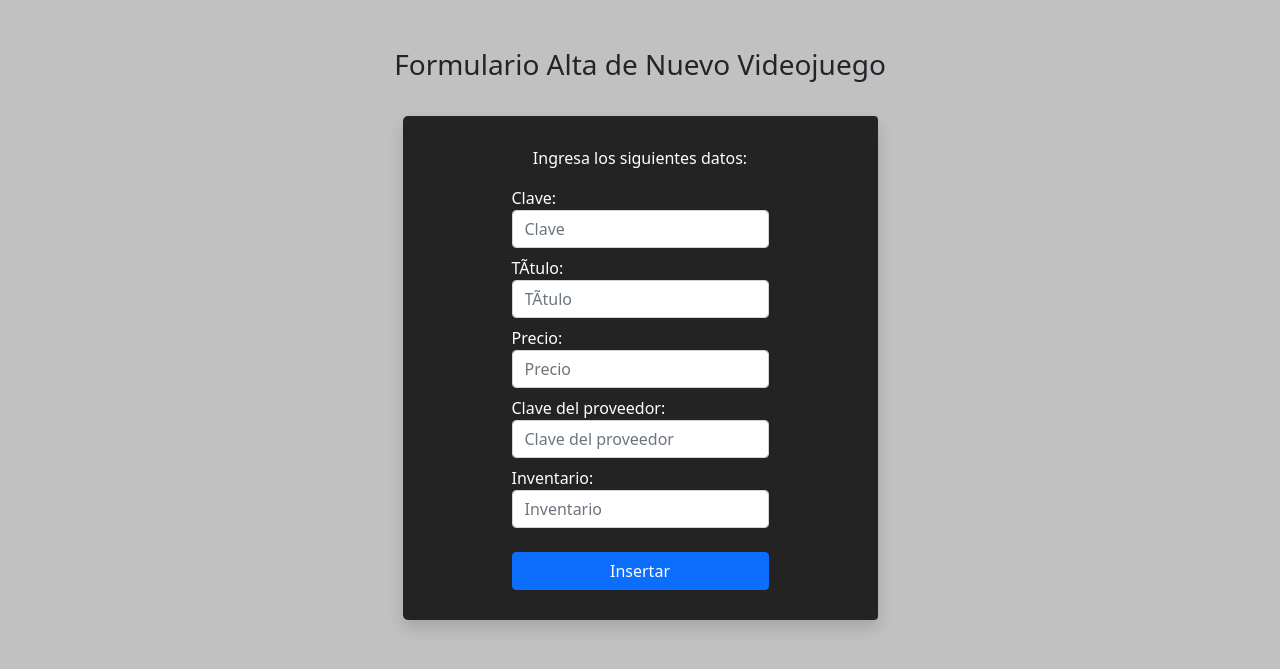
Repository: Jatziri16/JavaEE
Page: http://localhost/TiendaVideojuegos/FormularioInsertarVideojuego.jsp
The author's editor kept a copy of each file at every save. The page is drawn from the files as they stood at one save, then again after the next save.
The browser window is 1280 px wide. The pictures show the whole page.
The page is served by Tomcat 9. Other server files are loaded and not shown.

Above is the page before, as saved 2023-12-06 22:33:12.

### TiendaVideojuegos/src/main/webapp/FormularioInsertarVideojuego.jsp
<?xml version="1.0" encoding="UTF-8"?>
<!DOCTYPE HTML PUBLIC "-//W3C//DTD HTML 4.01//EN" "http://www.w3.org/TR/html4/strict.dtd">
<html = lang "es">
	<head>
		<meta charset="UTF-8">
		<title>Formulario Alta Videojuego</title>
		<link rel=stylesheet href="css/style.css" type="text/css">
		<!-- Bootstrap -->
	 	<link href="https://cdn.jsdelivr.net/npm/bootstrap@5.1.3/dist/css/bootstrap.min.css" rel="stylesheet" integrity="sha384-1BmE4kWBq78iYhFldvKuhfTAU6auU8tT94WrHftjDbrCEXSU1oBoqyl2QvZ6jIW3" crossorigin="anonymous">
		<script type="text/javascript" src="js/validaciones_vid.js"></script>
	</head>
	<body style='background-color: rgba(50, 50, 50, 0.3);'>
		<div id="fondo">
			<h3 class="text-center mt-5 mb-1">Formulario Alta de Nuevo Videojuego</h3>
			<div class="container rounded-3 contenedor">
				<div class="row align-items-stretch justify-content-center">
					<div class="login-container  col-7 col-sm-6 col-md-5 col-xl-5 rounded-end shadow">
						<p class="text-center">Ingresa los siguientes datos:</p>
						<div class="centrar">
							<!-- FORM -->
							<form action="InsertarVideojuego.do" method="GET">
								<label for="clave">Clave:</label>
								<input class="form-control mb-2" type="text" placeholder="Clave" name="cve" id="clave">

								<label for="titulo">Título:</label>
								<input class="form-control mb-2" type="text" placeholder="Título" name="titulo" id="titulo">

								<label for="precio">Precio:</label>
								<input class="form-control mb-2" type="text" placeholder="Precio" name="precio" id="precio">

								<label for="cveprov">Clave del proveedor:</label>
								<input class="form-control mb-2" type="text" placeholder="Clave del proveedor" name="cveprov" id="cveprov">

								<label for="inventario">Inventario:</label>
								<input class="form-control mb-4" type="text" placeholder="Inventario" name="inventario" id="inventario">

								<button class="btn btn-primary w-100" onclick="validarForms()" type="button">Insertar</button>
							</form>
						</div>
					</div>
				</div>
			</div>
		</div>
	</body>
</html>

### TiendaVideojuegos/src/main/webapp/css/style.css
body
{
	background-color: gray;
}
h1
{
	text-align: center;
}
.contenedor {
    padding: 30px 0;
}

.centrar
{
display: flex;
  justify-content: center;
    /* margin: 0 auto; */
}
.centrar-2
{
	margin: 0 auto;
}
.invalido {
	margin-top: 5px;
    font-size: 80%;
}

.login-container {
    /* background-image: linear-gradient(rgba(0, 0, 0, 0.5), rgba(0, 0, 0, 0.5)), url(../../../../assets/imgs/login-bg.png); */
    background-size: cover;
    background-color: rgba(20, 20, 20, 0.908);
	border-radius: 5px;
    padding: 30px 120px;
    color: white;
}
.warning-container
{
	background-size: cover;
    background-color: red;
	border-radius: 5px;
    padding: 30px 50px;
    color: white;
}
.button {
  background-color: transparent; /* Green */
  border: none;
  padding: 5px 0;
  width: 100%;
  text-align: center;
  text-decoration: none;
  display: inline-block;
  font-size: 16px;
  margin: 4px 2px;
  transition-duration: 0.4s;
  cursor: pointer;
  border-radius: 8px;
}

.btn-insertar {
  color: white;
  border: 2px solid #4CAF50;
}
.btn-actualizar {
  color: white;
  border: 2px solid #db752d;
}
.btn-cancelar {
  color: white;
  border: 2px solid #474747;
}

.btn-insertar:hover {
  background-color: #4CAF50;
  color: white;
}
.btn-actualizar:hover {
  background-color: #db752d;
  color: white;
}
.btn-cancelar:hover {
  background-color: #474747;
  color: white;
}

/*input {
	border: 1px solid red;
}*/

### TiendaVideojuegos/src/main/webapp/js/validaciones_vid.js
function validarForms()
{
	console.log("ENTRO A validarForms()")
	let clave = document.getElementById("clave").value;
	let titulo = document.getElementById("titulo").value;
	let precio = document.getElementById("precio").value;
	let cveprov = document.getElementById("cveprov").value;
	let inv = document.getElementById("inventario").value;

	if(clave == "" || titulo == "" || precio == "" || cveprov == "" || inv == "") {
		setWarnsMsj();
	}
	else
	{
		alert("clave = "+clave+"\ntitulo = "+titulo+"\nprecio = "+precio+"\ncveprov = "+cveprov+"\ninv = "+inv)
		document.forms[0].action = "InsertarVideojuego.jsp?clave="+clave+"&titulo="+titulo+"&precio="+precio+"&cveprov="+cveprov+"&inventario="+inv;
		document.forms[0].method = "post";
		document.forms[0].submit();
		alert("Videojuego insertado");
	}
}

function setWarnsMsj()
{
    alert("Todos los campos son obligatorios")
}

After the next save:
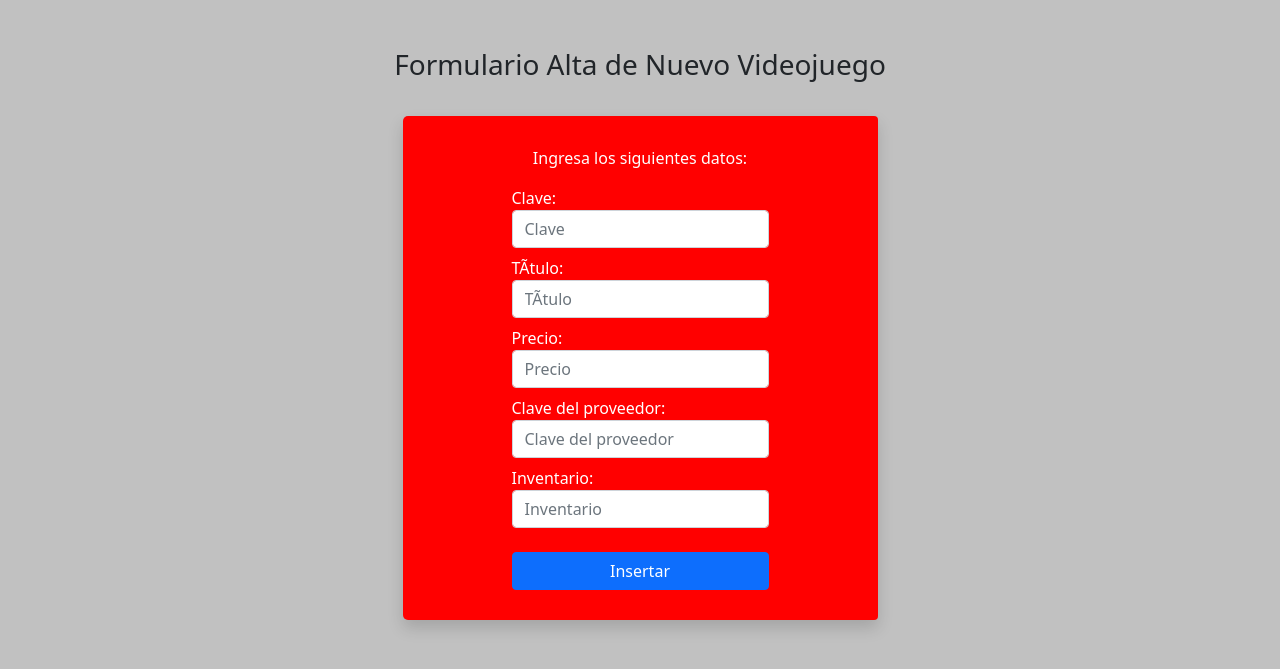
Saved 33 s later.
--- a/TiendaVideojuegos/src/main/webapp/css/style.css
+++ b/TiendaVideojuegos/src/main/webapp/css/style.css
@@ -28,7 +28,7 @@
 .login-container {
     /* background-image: linear-gradient(rgba(0, 0, 0, 0.5), rgba(0, 0, 0, 0.5)), url(../../../../assets/imgs/login-bg.png); */
     background-size: cover;
-    background-color: rgba(20, 20, 20, 0.908);
+    background-color: rgb(255, 0, 0);
 	border-radius: 5px;
     padding: 30px 120px;
     color: white;

After the 2 saves that followed:
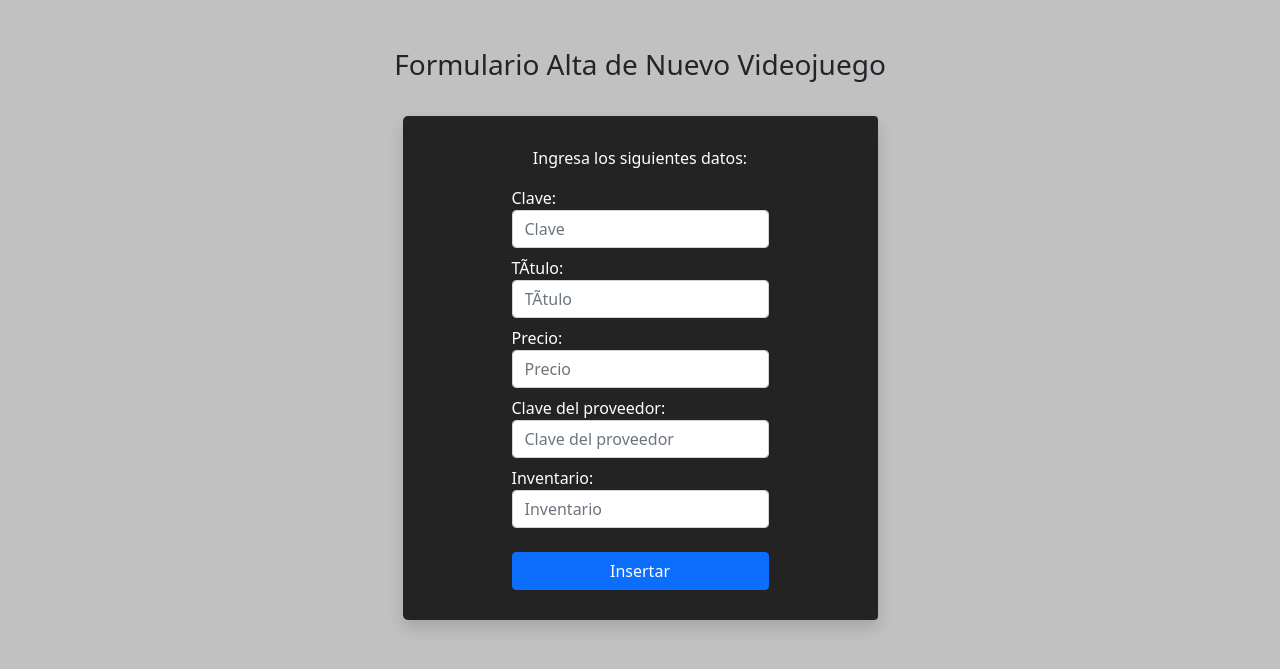
The 2 saves are shown as one change because 1 left the picture as it was.
The last was saved 26 s later.
--- a/TiendaVideojuegos/src/main/webapp/css/style.css
+++ b/TiendaVideojuegos/src/main/webapp/css/style.css
@@ -28,9 +28,9 @@
 .login-container {
     /* background-image: linear-gradient(rgba(0, 0, 0, 0.5), rgba(0, 0, 0, 0.5)), url(../../../../assets/imgs/login-bg.png); */
     background-size: cover;
-    background-color: rgb(255, 0, 0);
+    background-color: rgba(20, 20, 20, 0.908);
 	border-radius: 5px;
-    padding: 30px 120px;
+    padding: 30px 50px;
     color: white;
 }
 .warning-container
